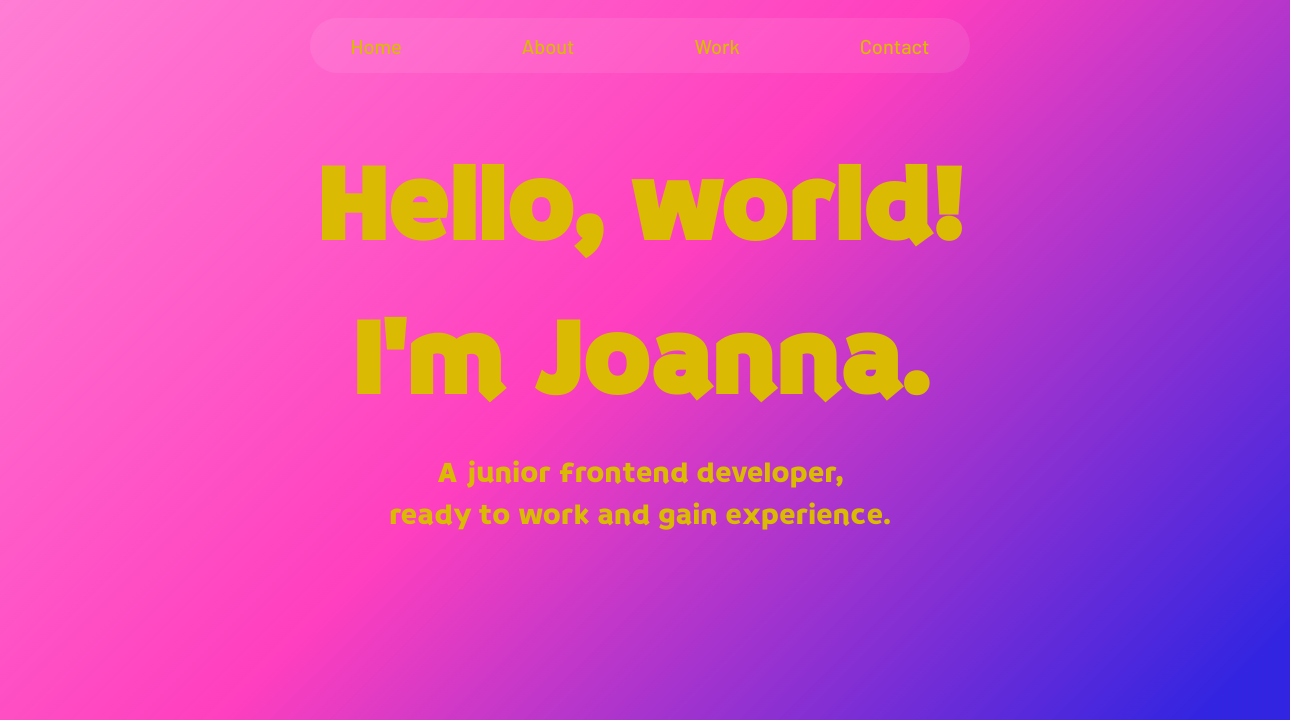
Repository: JJonka/portfolio_site
Page: /
These files come from the project's save history. The page is drawn as it stood at one moment and after the next save; the edit follows.
The browser window is 1280 px wide. The page is 1290 px wide, so the pictures cover 1290 px, including what lies to the right of the window. The pictures show the whole page.
The project was rebuilt for these pictures with package versions that can differ from the ones it lists, and the page was loaded fresh each time. Also part of the build but not shown: vite.config.ts, src/components/EndOfSection.module.scss, src/components/EndOfSection.tsx, src/pages/About.tsx, src/components/LogoIcon.module.scss, src/components/LogoIcon.tsx, src/pages/Contact.tsx, src/pages/Work.module.scss and 1 more.

Above is the page before, as saved 2023-10-08 11:35:08.

### index.html
<!doctype html>
<html lang="en">
  <head>
    <meta charset="UTF-8" />
    <link rel="icon" href="./src/assets/jj_logo.png">
    <meta name="viewport" content="width=device-width, initial-scale=1.0" />
    <title>Joanna Jurasz - software developer</title>
  </head>
  <body>
    <div id="root"></div>
    <script type="module" src="/src/index.tsx"></script>
  </body>
</html>

### src/index.tsx
import React from 'react';
import ReactDOM from 'react-dom/client';
import App from './App';
import { BrowserRouter } from 'react-router-dom';


const root = ReactDOM.createRoot( document.getElementById('root') as HTMLElement);

root.render(
  <BrowserRouter>
    <App />
  </BrowserRouter>
);

### src/App.tsx
import { Routes, Route } from 'react-router-dom';
import HomePage from './pages/HomePage';
import About from './pages/About';
import Contact from './pages/Contact';
import Work from './pages/Work';
import './App.css'


const App = () => {
    return (
      <div>
      <div className='mainBackground' />
      <div className='layer1' />
      <div className='layer2' />

      <Routes>
        <Route path='/' element={ <HomePage /> } />
        <Route path='/about' element={ <About /> } />
        <Route path='/work' element={ <Work /> } />
        <Route path='/contact' element={ <Contact /> }/>
      </Routes>
      </div>
    )
}

export default App;

### src/pages/HomePage.tsx
import Menu from "../components/Menu";
import styles from "./HomePage.module.scss"

const  HomePage = () => {
    return (
      <div className={styles.card}>

        <div className={styles.container}>
        <Menu></Menu>
          <img src="" className={styles.imgTop}></img>
          <h1 className={styles.header}>Hello, world!<br />I'm Joanna.</h1>
          <h2 className={styles.introduction}>A junior frontend developer, <br />ready to work and gain experience.</h2>
          <img src="" className={styles.imgBottom}></img>
        </div>
      </div>
    )
}

export default HomePage;

### src/App.css
@font-face {
  font-family: 'Barlow-Light';
  src: url(/fonts/Barlow-Light.ttf);
}

@font-face {
	font-family: 'Barlow-Regular' ;
	src: url(/fonts/Barlow-Regular.ttf);
}

body {
	display: flex;
	flex-direction: column;
    align-items: center;
    font-family: 'Barlow-Light';
	text-align: center;
    padding-left: calc(100vw - 100%);
    --main-color: #daba02;
}

.mainBackground {
    background-image: linear-gradient(135deg, #FF92DB 10%, #ff00aaca 50% , #2719e0 80%);
    animation: slide 5s linear infinite alternate;
    animation-fill-mode: forwards;
    animation-delay: -1s;
    position: fixed;
    top: 0;
    bottom: 0;
    left: -50%;
    right: -50%;
    opacity: 0.95;
    z-index: -1;
}




@keyframes slide {
    0% {
        transform: translateX(-20%);
    }
    100% {
        transform: translateX(5%);
    }

}

### src/components/Menu.tsx
import styles from "./Menu.module.scss";
import  LinkToPage  from "./LinkToPage"

const Menu = () => {

    return (
        <div className={styles.menu}>
            <LinkToPage
                link = {'/'}
                urlTo = {"http://localhost:5173/"}
                linkTitle= {"Home"}
            ></LinkToPage>
            <LinkToPage
                link = {'/about'}
                urlTo = {"http://localhost:5173/about"}
                linkTitle= {"About"}
            ></LinkToPage>
            <LinkToPage
                link = {'/work'}
                urlTo = {"http://localhost:5173/work"}
                linkTitle= {"Work"}
            ></LinkToPage>
            <LinkToPage
                link = {'/contact'}
                urlTo = {"http://localhost:5173/contact"}
                linkTitle= {"Contact"}
            ></LinkToPage>
        </div>
    )
};

export default Menu;

### src/pages/HomePage.module.scss
@font-face {
    font-family: 'BraahOne-Regular';
    src: url(/fonts/BraahOne-Regular.ttf);
}

.header {
    color: var(--main-color);
    font-family: "BraahOne-Regular";
    font-size: 110px;
    margin-bottom: 10px;
    margin-top: 25px;
}

.introduction {
    color: var(--main-color);
    font-family: "BraahOne-Regular";
    font-size: 30px;
    font-weight: 50;
    margin-top: 5px;

}

.imgTop {
    position: absolute;
    top: 20px;
    left: 0;
    max-width: 40%;
    max-height: 40%;
    -webkit-transform: scaleX(-1);
    transform: scaleX(-1);
}

.imgBottom {
    position: absolute;
    bottom: 0;
    right: 0;
    max-width: 40%;
    max-height: 40%;
}

.container {
    display: flex;
    flex-direction: column;
    align-items: center;
    position: relative;
    width: 1300px;
    height: 600px;
}

.card {
    display: flex;
    flex-direction: column;
    align-items: center;
}

### src/pages/About.module.scss
@font-face {
	font-family: 'Barlow-Regular' ;
	src: url(/fonts/Barlow-Regular.ttf);
}

.card {
    display: flex;
    flex-direction: column;
    align-items: center;
}

.header {
    color: var(--main-color);
    font-family: "BraahOne-Regular";
    font-size: 100px;
    margin-bottom: 10px;
    margin-top: 15px;
}

.container {
    justify-content: center;
    display: flex;
    flex-direction: row;
    height: 450px;
    width: 1100px;
    gap: 50px;
    margin-bottom: 10px;
    margin-top: 20px;
}

.image {
    max-width: 90%;
    max-height: 90%;
}

.text {
    height: 400px;
    width: 550px;
    display: flex;
    flex-direction: column;
    align-items: center;
    justify-content: center;
}

.aboutMe {
    font-family: "Barlow-Regular";
    font-size: 20px;
    color:  rgb(0, 68, 157);
    margin: 0;
    padding: 30px;

}

.box {
    background-color: rgba(255, 255, 255, 0.419);
    border-color: var(--main-color);
    border-radius: 50px;
    border-style: solid;
    border-width: 2px;
    text-align: justify;
}

### src/pages/Contact.module.scss
@font-face {
	font-family: 'Barlow-Regular' ;
	src: url(/fonts/Barlow-Regular.ttf);
}
@font-face {
    font-family: 'Barlow-Medium';
    src: url(/fonts/Barlow-Medium.ttf);
}

.card {
    align-items: center;
    display: flex;
    flex-direction: column;
}

.container {
    display: flex;
    flex-direction: column;
    align-items: center;
    height: 500px;
    width: 1100px;
    margin-bottom: 100px;
}

.header {
    color: var(--main-color);
    font-family: "BraahOne-Regular";
    font-size: 70px;
    margin-bottom: 10px;
    margin-top: 30px;

}

.logos {
    display: flex;
    flex-direction: row;
    gap: 250px;
    margin-top: 50px;
    margin-bottom: 120px;
    justify-content: center;
    width: 1000px;
}

a {
    text-decoration: none;
}

### src/components/Menu.module.scss
@font-face {
    font-family: 'Barlow-Medium';
    src: url(/fonts/Barlow-Medium.ttf);
}


.menu {
    border-radius: 50px;
    font-family: 'Barlow-Medium';
    font-size: 20px;
    margin-top: 10px;
    margin-bottom: 30px;
    width: 620px;
    height: 15px;
    padding: 20px;
    display: flex;
    flex-direction: row;
    align-items: center;
    justify-content: center;
    column-gap: 30px;
    background-color:rgba(255, 255, 255, 0.083);;

}

### src/components/LinkToPage.tsx
import { Link } from "react-router-dom";
import styles from "./LinkToPage.module.scss"

interface LinkTo  {
    link: string
    urlTo: string
    linkTitle: string
}

const LinkToPage = (props: LinkTo) => {
    return (
        <div>
            <Link to={props.link} className={document.URL == props.urlTo ? styles.active : styles.link}>{props.linkTitle} </Link>
        </div>
    )
}

export default LinkToPage

### src/components/LinkToPage.module.scss
.link {
    text-decoration: none;
    color: var(--main-color);
    margin: 10px 25px;
    padding: 5px 20px;
}

.link:hover {
    margin: 10px 25px;
    padding: 5px 20px;
    background-color: rgba(255, 255, 255, 0.259);
    border-radius: 50px;
    transition: background-color 1s;
}

.active {
    text-decoration: none;
    color: var(--main-color);
    margin: 10px 25px;
    padding: 5px 20px;
    background-color: rgba(255, 255, 255, 0.259);
    border-radius: 50px;
}

After the next save:
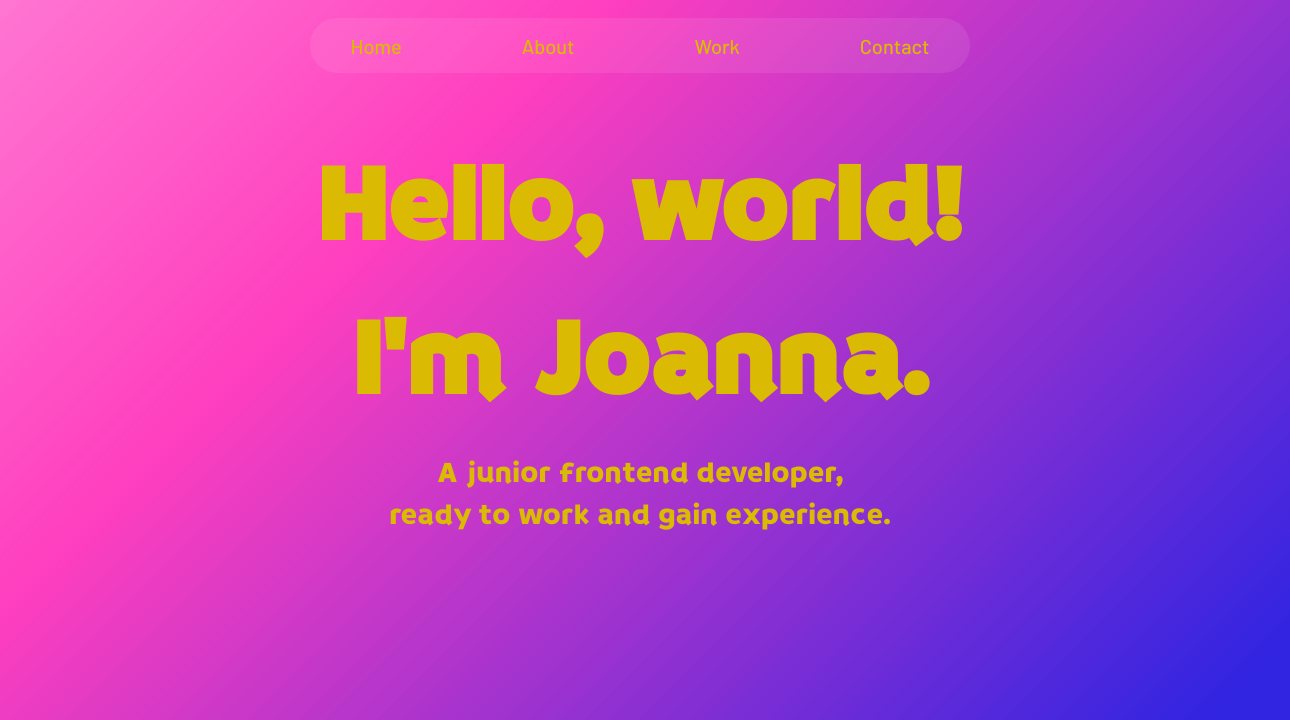
Saved 19 s later.
--- a/src/App.css
+++ b/src/App.css
@@ -19,7 +19,7 @@ body {
 }
 
 .mainBackground {
-    background-image: linear-gradient(135deg, #FF92DB 10%, #ff00aaca 50% , #2719e0 80%);
+    background-image: linear-gradient(135deg, #FF92DB 10%, #ff00aaca 40% , #2719e0 80%);
     animation: slide 5s linear infinite alternate;
     animation-fill-mode: forwards;
     animation-delay: -1s;
